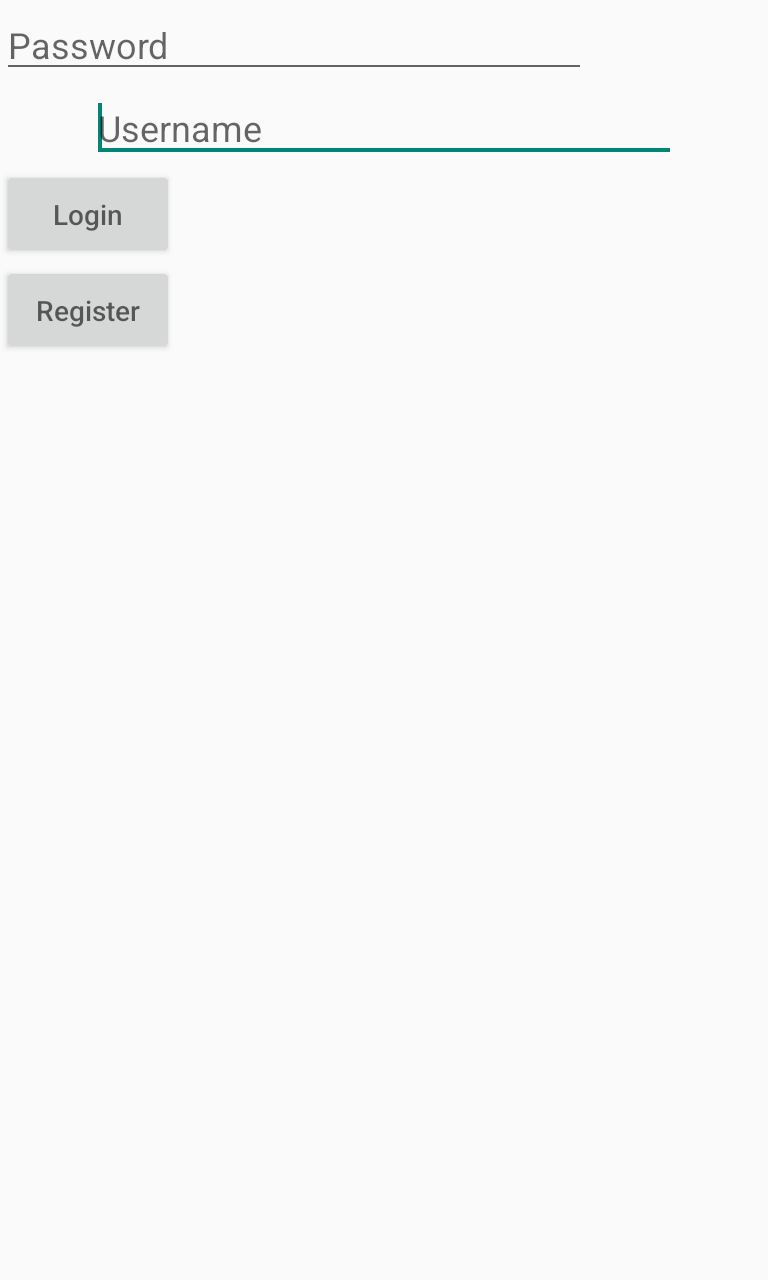
Repository: ostolz/androidteamworker
Layout: Android/TeamPlanBuch/res/layout/activity_login_screen.xml
These files come from the project's save history. The layout is drawn as it stood at one moment and after the next save; the edit follows.
It is drawn on a 768 x 1280 px phone screen (xhdpi) without system bars, with theme AppTheme; the app's code is not run.

Above is the layout before, as saved 2014-05-08 10:32:44.

### Android/TeamPlanBuch/res/layout/activity_login_screen.xml
<LinearLayout xmlns:android="http://schemas.android.com/apk/res/android"
    xmlns:tools="http://schemas.android.com/tools"
    android:id="@+id/container"
    android:layout_width="match_parent"
    android:layout_height="match_parent"
    android:orientation="vertical"
    tools:context="de.iconiaone.teamplanbuch.LoginScreen"
    tools:ignore="MergeRootFrame" >

    <EditText
        android:id="@+id/password"
        android:layout_width="294dp"
        android:layout_height="wrap_content"
        android:ems="10"
        android:hint="@string/password"
        android:inputType="textPassword" />

    <EditText
        android:id="@+id/username"
        android:layout_width="294dp"
        android:layout_height="wrap_content"
        android:layout_gravity="center"
        android:ems="10"
        android:hint="@string/username" >

        <requestFocus />
    </EditText>

    <Button
        android:id="@+id/login"
        android:layout_width="wrap_content"
        android:layout_height="wrap_content"
        android:hint="@string/login" />

    <Button
        android:id="@+id/register"
        android:layout_width="wrap_content"
        android:layout_height="wrap_content"
        android:hint="@string/register" />

</LinearLayout>

### Android/TeamPlanBuch/res/values/strings.xml
<?xml version="1.0" encoding="utf-8"?>
<resources>

    <string name="app_name">TeamPlanBuch</string>
    <string name="hello_world">Hello world!</string>
    <string name="action_settings">Settings</string>
    <string name="login">Login</string>
    <string name="username">Username</string>
    <string name="register">Register</string>
    <string name="cancel">Cancel</string>
    <string name="password">Password</string>

</resources>

Loaded but not shown: Android/TeamPlanBuch/res/values/styles.xml (common file); Android/TeamPlanBuch/res/values-v11/styles.xml (common file); Android/TeamPlanBuch/res/values-v14/styles.xml (common file)

After the next save:
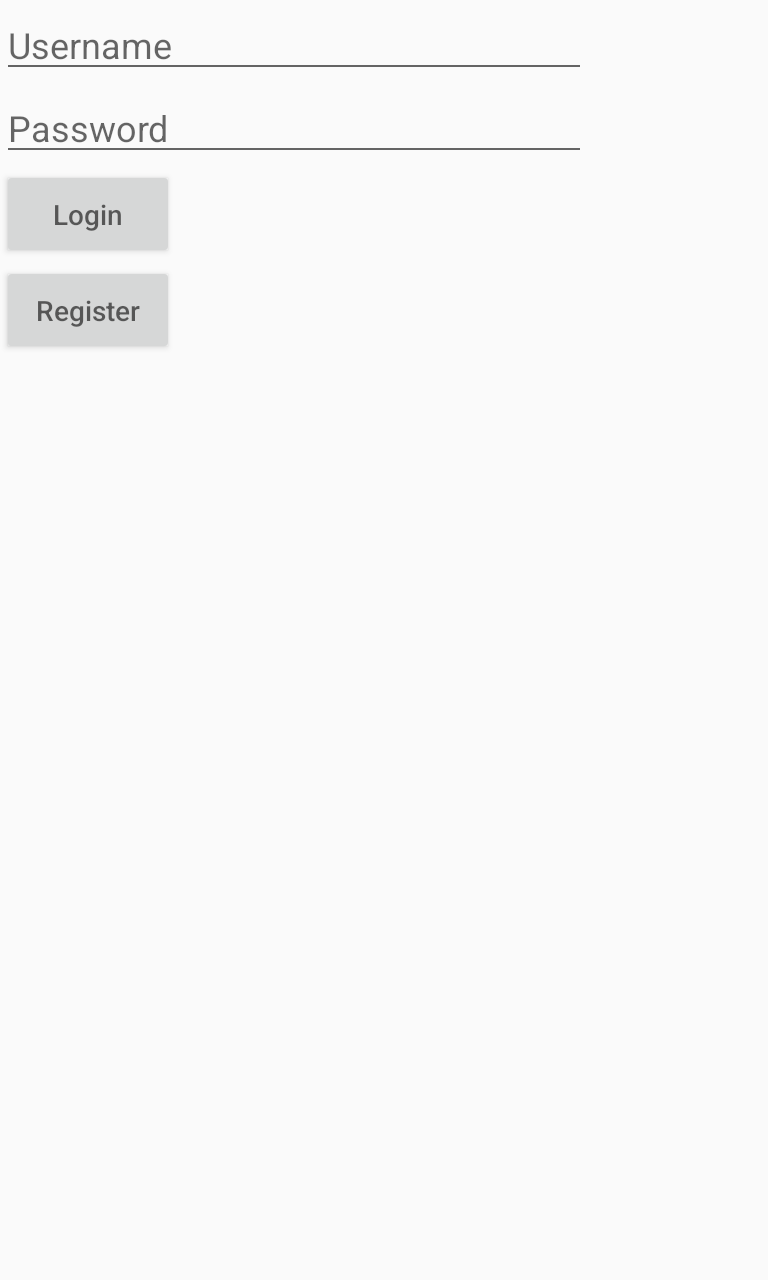
Saved 5 s later.
--- a/Android/TeamPlanBuch/res/layout/activity_login_screen.xml
+++ b/Android/TeamPlanBuch/res/layout/activity_login_screen.xml
@@ -8,23 +8,19 @@
     tools:ignore="MergeRootFrame" >
 
     <EditText
+        android:id="@+id/username"
+        android:layout_width="294dp"
+        android:layout_height="wrap_content"
+        android:ems="10"
+        android:hint="@string/username" />
+
+    <EditText
         android:id="@+id/password"
         android:layout_width="294dp"
         android:layout_height="wrap_content"
         android:ems="10"
         android:hint="@string/password"
         android:inputType="textPassword" />
-
-    <EditText
-        android:id="@+id/username"
-        android:layout_width="294dp"
-        android:layout_height="wrap_content"
-        android:layout_gravity="center"
-        android:ems="10"
-        android:hint="@string/username" >
-
-        <requestFocus />
-    </EditText>
 
     <Button
         android:id="@+id/login"
@@ -36,6 +32,7 @@
         android:id="@+id/register"
         android:layout_width="wrap_content"
         android:layout_height="wrap_content"
+        android:layout_gravity="center_vertical|fill_vertical"
         android:hint="@string/register" />
 
 </LinearLayout>
